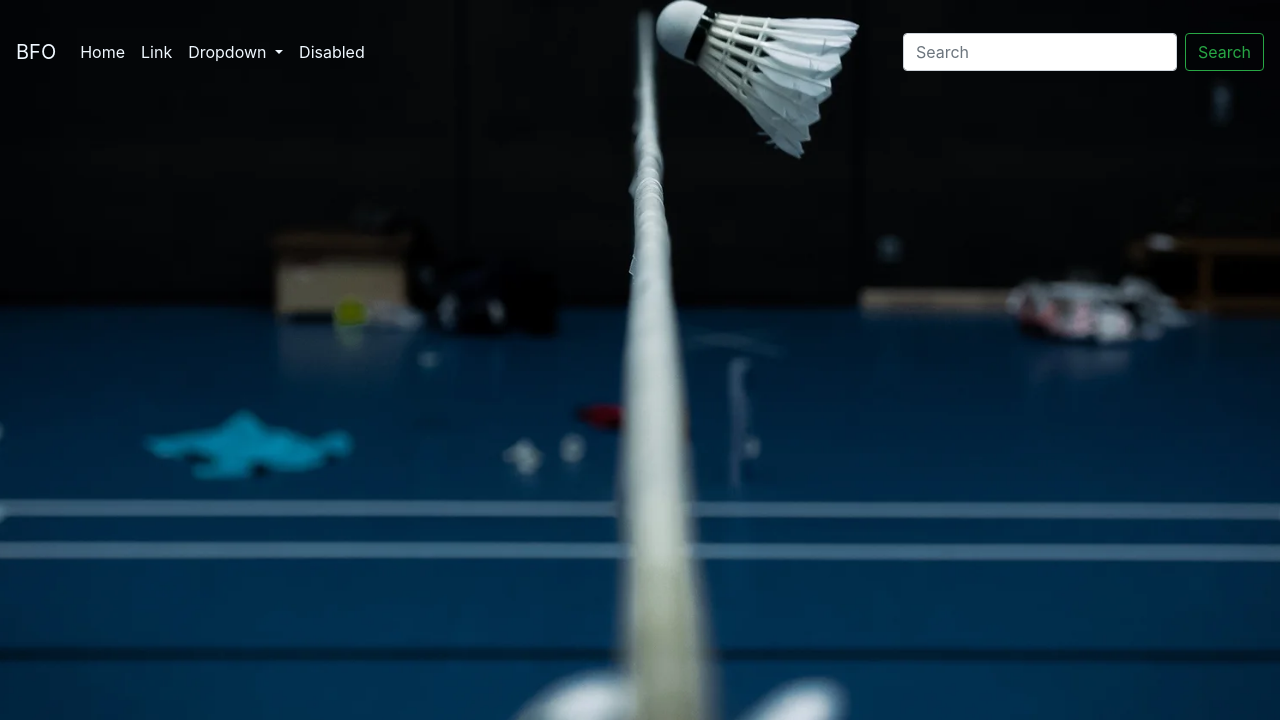
Repository: tsthuy/Badminton
Page: index.html
The author's editor kept a copy of each file at every save. The page is drawn from the files as they stood at one save, then again after the next save.
The browser window is 1280 px wide. The pictures show the whole page.
Some web libraries are served in a nearby version.

Above is the page before, as saved 2023-10-12 21:46:38.

### index.html
<!DOCTYPE html>
<html lang="en">
<head>
    <meta charset="UTF-8">
    <meta name="viewport" content="width=device-width, initial-scale=1.0">
    <link rel="stylesheet" href="https://cdn.jsdelivr.net/npm/bootstrap@4.0.0/dist/css/bootstrap.min.css" integrity="sha384-Gn5384xqQ1aoWXA+058RXPxPg6fy4IWvTNh0E263XmFcJlSAwiGgFAW/dAiS6JXm" crossorigin="anonymous">
    <link rel="stylesheet" href="main.css">

    <title>Badminton</title>
</head>
<body>
    Explain
<nav class="navbar navbar-expand-lg navbar-light bg-light " style="background-color: transparent !important;
">
  <a style="color: aliceblue;" class="navbar-brand" href="#">BFO</a>
  <button class="navbar-toggler" type="button" data-toggle="collapse" data-target="#navbarSupportedContent" aria-controls="navbarSupportedContent" aria-expanded="false" aria-label="Toggle navigation">
    <span class="navbar-toggler-icon"></span>
  </button>

  <div class="collapse navbar-collapse" id="navbarSupportedContent">
    <ul class="navbar-nav mr-auto">
      <li class="nav-item active">
        <a style="color: aliceblue;" class="nav-link" href="#">Home <span class="sr-only">(current)</span></a>
      </li>
      <li class="nav-item">
        <a style="color: aliceblue;" class="nav-link" href="#">Link</a>
      </li>
      <li class="nav-item dropdown">
        <a style="color: aliceblue;" class="nav-link dropdown-toggle" href="#" id="navbarDropdown" role="button" data-toggle="dropdown" aria-haspopup="true" aria-expanded="false">
          Dropdown
        </a>
        <div style="color: aliceblue;" class="dropdown-menu" aria-labelledby="navbarDropdown">
          <a class="dropdown-item" href="#">Action</a>
          <a class="dropdown-item" href="#">Another action</a>
          <div class="dropdown-divider"></div>
          <a class="dropdown-item" href="#">Something else here</a>
        </div>
      </li>
      <li class="nav-item">
        <a style="color: aliceblue;" class="nav-link disabled" href="#">Disabled</a>
      </li>
    </ul>
    <form class="form-inline my-2 my-lg-0">
      <input class="form-control mr-sm-2" type="search" placeholder="Search" aria-label="Search">
      <button class="btn btn-outline-success my-2 my-sm-0" type="submit">Search</button>
    </form>
  </div>
</nav>
   <div class="background_cover">

    <img class="bg_img" src="./Image/Image by Stephan Rothe.webp" alt="" style="object-fit: cover;margin-top: -80px; height: 100vh; width: 100%;">
   </div>

</body>
<script src="https://code.jquery.com/jquery-3.2.1.slim.min.js" integrity="sha384-KJ3o2DKtIkvYIK3UENzmM7KCkRr/rE9/Qpg6aAZGJwFDMVNA/GpGFF93hXpG5KkN" crossorigin="anonymous"></script>
<script src="https://cdn.jsdelivr.net/npm/popper.js@1.12.9/dist/umd/popper.min.js" integrity="sha384-ApNbgh9B+Y1QKtv3Rn7W3mgPxhU9K/ScQsAP7hUibX39j7fakFPskvXusvfa0b4Q" crossorigin="anonymous"></script>
<script src="https://cdn.jsdelivr.net/npm/bootstrap@4.0.0/dist/js/bootstrap.min.js" integrity="sha384-JZR6Spejh4U02d8jOt6vLEHfe/JQGiRRSQQxSfFWpi1MquVdAyjUar5+76PVCmYl" crossorigin="anonymous"></script>
    </script>
</html>

Loaded but not shown: main.css (no stored copy; drawn as an empty file)

After the next save:
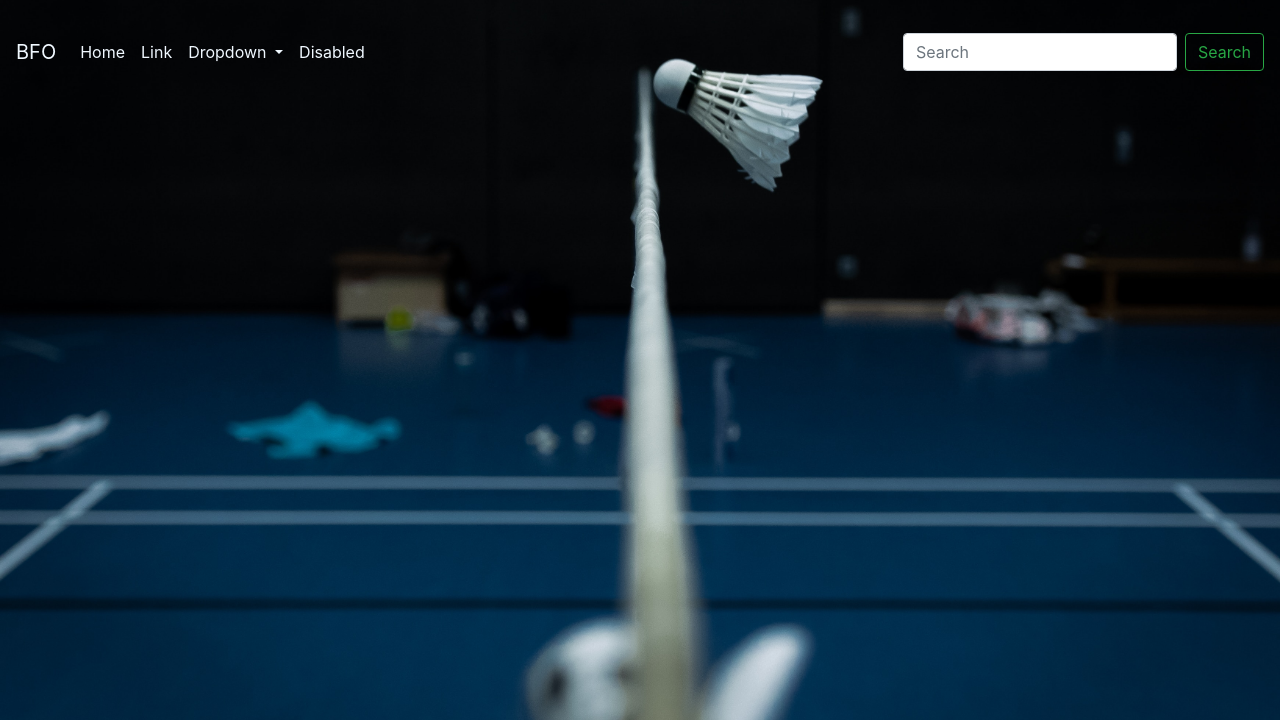
Saved 4 min 26 s later.
--- a/index.html
+++ b/index.html
@@ -48,7 +48,7 @@
 </nav>
    <div class="background_cover">
 
-    <img class="bg_img" src="./Image/Image by Stephan Rothe.webp" alt="" style="object-fit: cover;margin-top: -80px; height: 100vh; width: 100%;">
+    <img class="bg_img" src="./Image/stephan-rothe-VePgmkq3hHI-unsplash.jpg" alt="" style="object-fit: cover;margin-top: -80px; height: 100vh; width: 100%;">
    </div>
 
 </body>
